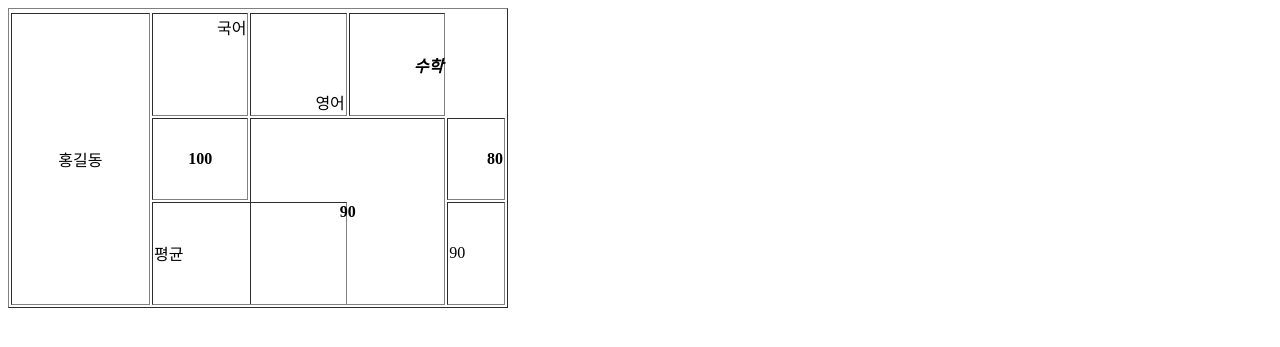
Repository: bjKim2/JSP
Page: HTML/src/main/webapp/Lec03.html
The author's editor kept a copy of each file at every save. The page is drawn from the files as they stood at one save, then again after the next save.
The browser window is 1280 px wide. The pictures show the whole page.

Above is the page before, as saved 2022-03-15 02:29:12.

After the next save:
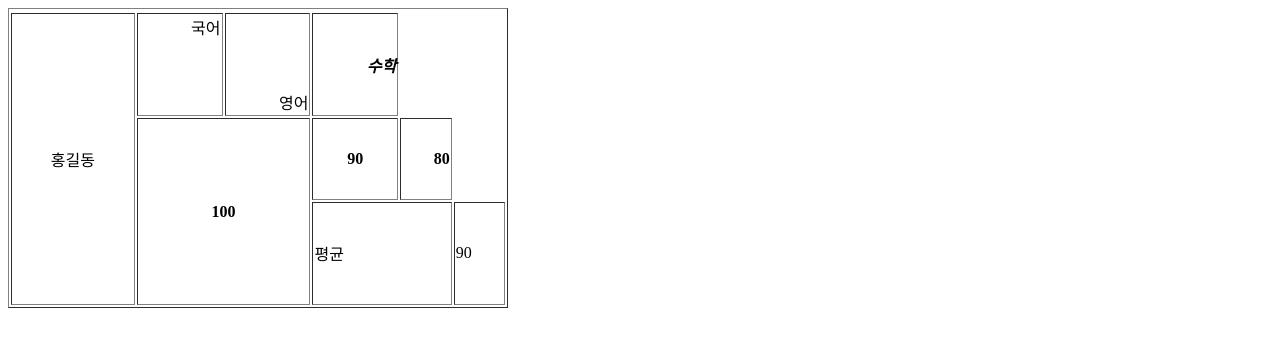
Saved 19 s later.
--- a/HTML/src/main/webapp/Lec03.html
+++ b/HTML/src/main/webapp/Lec03.html
@@ -17,8 +17,8 @@
 				<td valign = "middle"><i><b>수학</b></i></td>
 			</tr>
 			<tr>
-				<th >100</th>
-				<th rowspan = "2" colspan = "2" align = "center">90</th>
+				<th rowspan = "2" colspan = "2">100</th>
+				<th  align = "center">90</th>
 				<th align = "right">80</th>
 
 			</tr>
